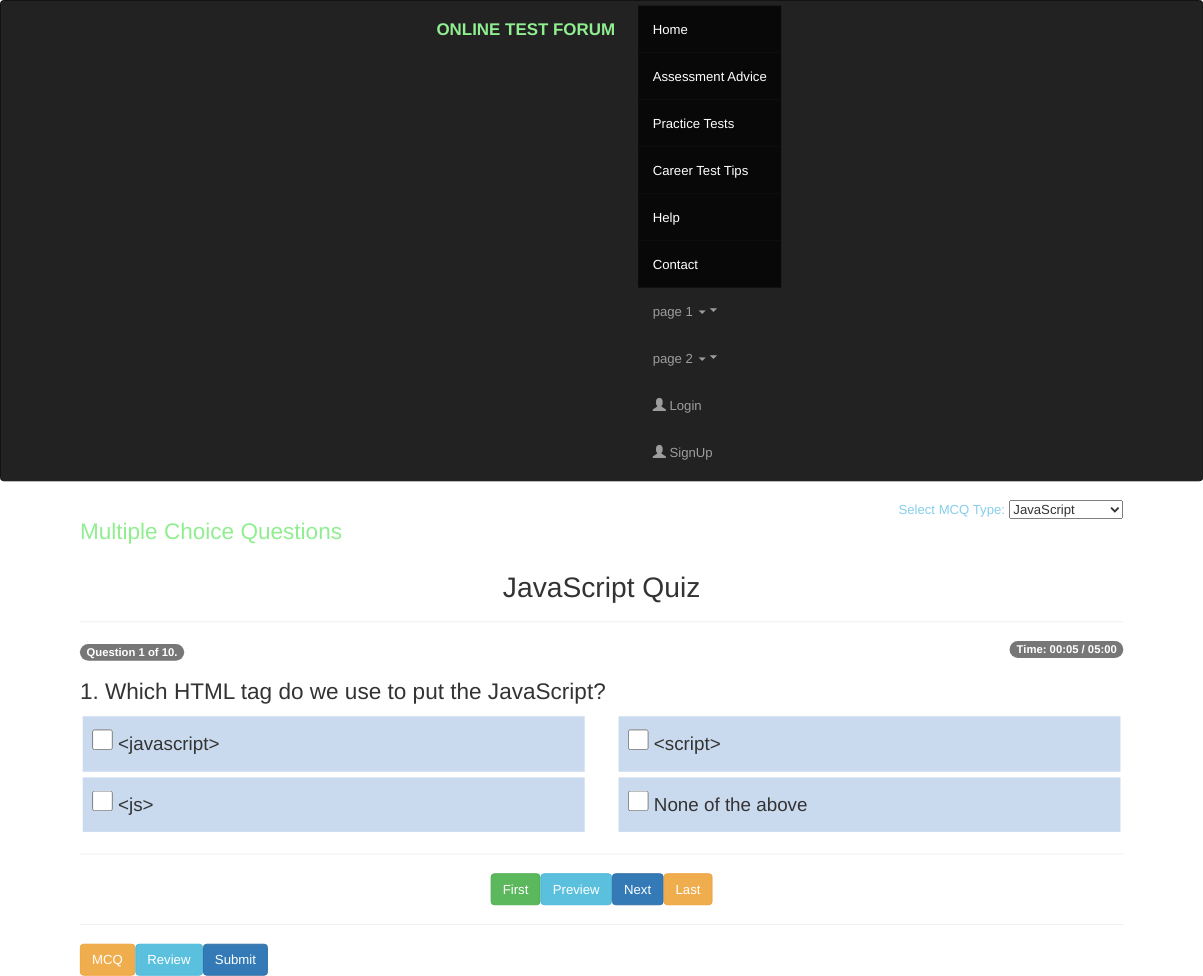
Repository: 2016272041/Online-Ass-Test1-
Page: /
These files come from the project's save history. The page is drawn as it stood at one moment and after a run of saves; the edit follows.
The browser window is 1280 px wide. The pictures show the whole page, at 94% of full size.
The project was rebuilt for these pictures with package versions that can differ from the ones it lists, and the page was loaded fresh each time. Also part of the build but not shown: angular.json.

Above is the page before, as saved 2019-07-23 16:24:00.

### src/index.html
<!doctype html>
<html lang="en">
<head>
  <meta charset="utf-8">
  <title>Multiple Choice Questions</title>
  <base href="/">

  <meta name="viewport" content="width=device-width, initial-scale=1">
  <link rel="icon" type="image/x-icon" href="favicon.ico">
</head>
<body>
  <app-root></app-root>
</body>
</html>

### src/app/quiz/quiz.component.ts
import { Component, OnInit } from '@angular/core';

import { QuizService } from '../services/quiz.service';
import { HelperService } from '../services/helper.service';
import { Option, Question, Quiz, QuizConfig } from '../models/index';

@Component({
  selector: 'app-quiz',
  templateUrl: './quiz.component.html',
  styleUrls: ['./quiz.component.css'],
  providers: [QuizService]
})
export class QuizComponent implements OnInit {
  quizes: any[];
  quiz: Quiz = new Quiz(null);
  mode = 'quiz';
  quizName: string;
  config: QuizConfig = {
    'allowBack': true,
    'allowReview': true,
    'autoMove': false,  // if true, it will move to next question automatically when answered.
    'duration': 300,  // indicates the time (in secs) in which quiz needs to be completed. 0 means unlimited.
    'pageSize': 1,
    'requiredAll': false,  // indicates if you must answer all the questions before submitting.
    'richText': false,
    'shuffleQuestions': false,
    'shuffleOptions': false,
    'showClock': false,
    'showPager': true,
    'theme': 'none'
  };

  pager = {
    index: 0,
    size: 1,
    count: 1
  };
  timer: any = null;
  startTime: Date;
  endTime: Date;
  ellapsedTime = '00:00';
  duration = '';

  constructor(private quizService: QuizService) { }

  ngOnInit() {
    this.quizes = this.quizService.getAll();
    this.quizName = this.quizes[0].id;
    this.loadQuiz(this.quizName);
  }

  loadQuiz(quizName: string) {
    this.quizService.get(quizName).subscribe(res => {
      this.quiz = new Quiz(res);
      this.pager.count = this.quiz.questions.length;
      this.startTime = new Date();
      this.ellapsedTime = '00:00';
      this.timer = setInterval(() => { this.tick(); }, 1000);
      this.duration = this.parseTime(this.config.duration);
    });
    this.mode = 'quiz';
  }

  tick() {
    const now = new Date();
    const diff = (now.getTime() - this.startTime.getTime()) / 1000;
    if (diff >= this.config.duration) {
      this.onSubmit();
    }
    this.ellapsedTime = this.parseTime(diff);
  }

  parseTime(totalSeconds: number) {
    let mins: string | number = Math.floor(totalSeconds / 60);
    let secs: string | number = Math.round(totalSeconds % 60);
    mins = (mins < 10 ? '0' : '') + mins;
    secs = (secs < 10 ? '0' : '') + secs;
    return `${mins}:${secs}`;
  }

  get filteredQuestions() {
    return (this.quiz.questions) ?
      this.quiz.questions.slice(this.pager.index, this.pager.index + this.pager.size) : [];
  }

  onSelect(question: Question, option: Option) {
    if (question.questionTypeId === 1) {
      question.options.forEach((x) => { if (x.id !== option.id) x.selected = false; });
    }

    if (this.config.autoMove) {
      this.goTo(this.pager.index + 1);
    }
  }

  goTo(index: number) {
    if (index >= 0 && index < this.pager.count) {
      this.pager.index = index;
      this.mode = 'quiz';
    }
  }

  isAnswered(question: Question) {
    return question.options.find(x => x.selected) ? 'Answered' : 'Not Answered';
  };

  isCorrect(question: Question) {
    return question.options.every(x => x.selected === x.isAnswer) ? 'correct' : 'wrong';
  };

  onSubmit() {
    let answers = [];
    this.quiz.questions.forEach(x => answers.push({ 'quizId': this.quiz.id, 'questionId': x.id, 'answered': x.answered }));

    // Post your data to the server here. answers contains the questionId and the users' answer.
    console.log(this.quiz.questions);
    this.mode = 'result';
  }
}

### src/app/app.component.html
<html>
<head>
  <meta charset="utf-8">
  <meta name="viewpoint" content="width=device-width, initial-scale=1">
  <link rel="stylesheet"
  href="https://maxcdn.bootstrapcdn.com/bootstrap/3.4.0/css/bootstrap.min.css">
  <script src="https://ajax.ggogleapis.com/ajax/libs/jquery/3.4.1/jquery.min.js"></script>
  <script src="https://maxcdn.bootstrapcdn.com/bootstrap/3.4.0/js/bootstrap.min.js"></script>
</head>
<body>

<nav class="navbar navbar-inverse">
  <div class="contanier-fluid">
    <div class="navbar-header">
      <a class="navbar-brand" href="#"><b><font color = 'lightgreen'>ONLINE TEST FORUM</font></b></a>
    </div>
    <ul class="nav navbar-nav">
      <li class="active"><a href="#"> Home </a></li>
      <li Class="active"><a href="#"> Assessment Advice </a></li>
      <li Class="active"><a href="#"> Practice Tests </a></li>
      <li Class="active"><a href="https://www.recruiter.com/career-test.html"> Career Test Tips </a></li>
      <li Class="active"><a href="#"> Help </a></li>
      <li class="active"><a href="#"> Contact </a></li>
      <li class="dropdown"><a class="dropdown-toggle" data-toggle="dropdown" href="#"> page 1 <span class="caret"></span></a>
        <ul class="dropdown-menu">
          <li><a href="#"> Page 1-1 </a></li>
          <li><a href="#"> Page 1-2 </a></li>
          <li><a href="#"> page 1-3 </a></li>
        </ul>
      </li>
      <li class="dropdown"><a class="dropdown-toggle" dtat-toggle="dropdown" href="#"> page 2 <span class="caret"></span></a></li>
        <ul class="nav navbar-nav navbar-right">
          <li><a href="http://127.0.0.1:8080/login"><span class="glyphicon glyphicon-user"></span> Login </a></li>
          <li><a href="http://127.0.0.1:8080/signup"><span class="glyphicon glyphicon-user"></span> SignUp </a></li>
        </ul>
    </ul>
  </div>
</nav>

<div class="container">
  <app-quiz></app-quiz>
</div>
</body>
</html>

### src/app/quiz/quiz.component.html
<div class="row">
  <div class="col-6">
    <h3><font color="lightgreen">Multiple Choice Questions</font></h3>
  </div>
  <div class="col-6 text-right">
    <font color ="skyblue">Select MCQ Type: </font>
    <select [(ngModel)]="quizName" (change)="loadQuiz(quizName)">
      <option *ngFor="let quiz of quizes" [value]="quiz.id">{{quiz.name}}</option>
    </select>
  </div>
</div>
<div id="quiz">
  <h2 class="text-center font-weight-normal">{{quiz.name}}</h2>
  <hr />

  <div *ngIf="mode=='quiz' && quiz">
    <div *ngFor="let question of filteredQuestions;">
      <div class="badge badge-info">Question {{pager.index + 1}} of {{pager.count}}.</div>
      <div *ngIf="config.duration" class="badge badge-info float-right">Time: {{ellapsedTime}} / {{duration}}</div>
      <h3 class="font-weight-normal">{{pager.index + 1}}.
        <span [innerHTML]="question.name"></span>
      </h3>
      <div class="row text-left options">
        <div class="col-6" *ngFor="let option of question.options">
          <div class="option">
            <label class="font-weight-normal" [attr.for]="option.id">
              <input id="{{option.id}}" type="checkbox" [(ngModel)]="option.selected" (change)="onSelect(question, option);" /> {{option.name}}
            </label>
          </div>
        </div>
      </div>
    </div>
    <hr />
    <div class="text-center">
      <button class="btn btn-success" *ngIf="config.allowBack" (click)="goTo(0);">First</button>
      <button class="btn btn-info" *ngIf="config.allowBack" (click)="goTo(pager.index - 1);">Preview</button>
      <button class="btn btn-primary" (click)="goTo(pager.index + 1);">Next</button>
      <button class="btn btn-warning" *ngIf="config.allowBack" (click)="goTo(pager.count - 1);">Last</button>
      <!--<pagination *ngIf="config.showPager" direction-links="false" total-items="totalItems" items-per-page="itemsPerPage" ng-model="currentPage" ng-change="pageChanged()"></pagination>-->
    </div>
  </div>

  <div class="row text-center" *ngIf="mode=='review'">
    <div class="col-4 cursor-pointer" *ngFor="let question of quiz.questions; let index = index;">
      <div (click)="goTo(index)" class="p-3 mb-2 {{ isAnswered(question) == 'Answered'? 'bg-info': 'bg-warning' }}">{{index + 1}}. {{ isAnswered(question) }}</div>
    </div>
  </div>
  <div class="result" *ngIf="mode=='result'">
    <h2>Quiz Result</h2>
    <div *ngFor="let question of quiz.questions; let index = index">
      <div class="result-question">
        <h5>{{index + 1}}. {{question.name}}</h5>
        <div class="row">
          <div class="col-6" *ngFor="let Option of question.options">
            <input id="{{Option.id}}" type="checkbox" disabled="disabled" [(ngModel)]="Option.selected" /> {{Option.name}}
          </div>
        </div>
        <div class="p-1 m-2 alert {{ isCorrect(question) == 'correct'? 'alert-success': 'alert-danger'}}">Your answer is {{isCorrect(question)}}.</div>
      </div>
    </div>
    <h4 class="alert alert-info text-center">You may close this window now.</h4>
  </div>
  <hr />
  <div *ngIf="mode!='result'">
    <button class="btn btn-warning" (click)="mode = 'quiz'">MCQ</button>
    <button class="btn btn-info" (click)="mode = 'review'">Review</button>
    <button class="btn btn-primary" (click)="onSubmit();">Submit</button>
  </div>
</div>

### src/app/services/quiz.service.ts
import { HttpClient } from '@angular/common/http';
import { Injectable } from '@angular/core';

@Injectable()
export class QuizService {

  constructor(private http: HttpClient) { }

  get(url: string) {
    return this.http.get(url);
  }

  getAll() {
    return [
      { id: 'data/javascript.json', name: 'JavaScript' },
      { id: 'data/aspnet.json', name: 'Asp.Net' },
      { id: 'data/csharp.json', name: 'C Sharp' },
      { id: 'data/designPatterns.json', name: 'Design Patterns' }
    ];
  }

}

Loaded but not shown: src/styles.css (common file); src/main.ts (common file); src/app/app.module.ts (common file); src/environments/environment.ts (common file); src/app/app.component.ts (common file); src/app/models/index.ts (common file); src/app/models/option.ts (common file); src/app/models/question.ts (common file); src/app/models/quiz.ts (common file); src/app/models/quiz-config.ts (common file); src/data/javascript.json (common file); src/app/app.component.css (no stored copy; drawn as an empty file); src/app/quiz/quiz.component.css (no stored copy; drawn as an empty file)

After the next 3 saves:
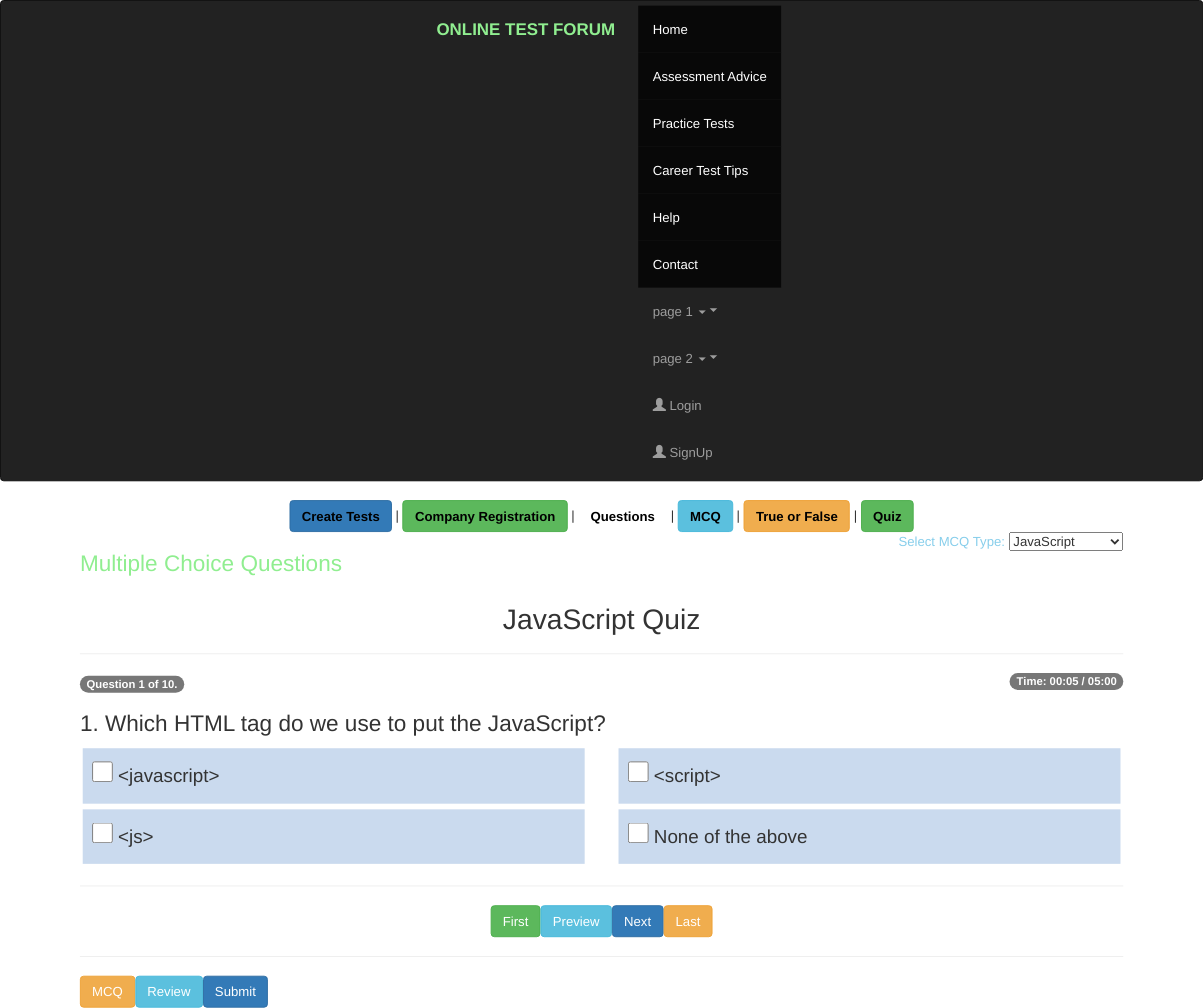
The 3 saves are shown as one change because they came seconds apart.
The last was saved 107 s later.
--- a/src/app/app.component.html
+++ b/src/app/app.component.html
@@ -37,6 +37,18 @@
   </div>
 </nav>
 
+<div style="text-align: center">
+  <div class="container">
+      <button type="button" class="btn btn-primary"><a routerLink="cre-tests" routerLinkActive="active"><b><font color="black">Create Tests</font></b></a></button> |
+      <button type="button" class="btn btn-success"><a routerLink="tests" routerLinkActive="active"><b><font color="black">Company Registration</font></b></a></button> |
+      <button type="button" class="btn btn-secondry"><a routerLink="questions" routerLinkActive="active"><b><font color="black">Questions</font></b></a></button> |
+      <button type="button" class="btn btn-info"><a routerLink="mcq" routerLinkActive="active"><b><font color="black">MCQ</font></b></a></button> |
+      <button type="button" class="btn btn-warning"><a routerLink="trueorfalse" routerLinkActive="active"><b><font color="black">True or False</font></b></a></button> |
+      <button type="button" class="btn btn-success"><a routerLink="quiz" routerLinkActive="active"><b><font color="black">Quiz</font></b></a></button>
+  </div>
+  </div>
+
+
 <div class="container">
   <app-quiz></app-quiz>
 </div>
